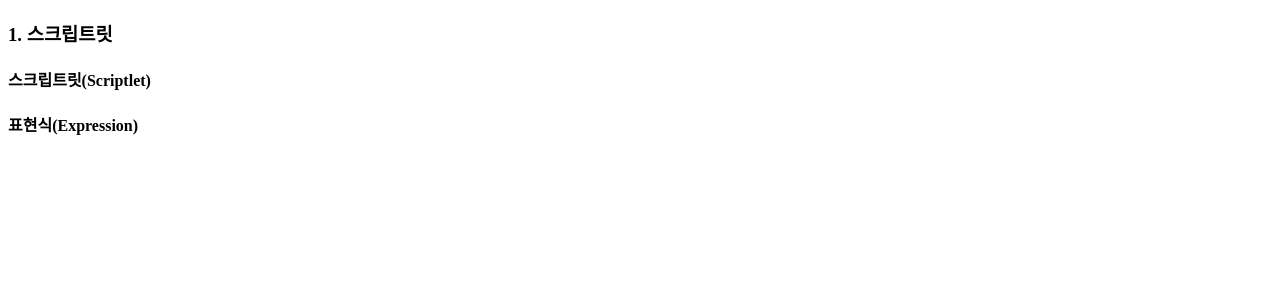
Repository: yun-setenforce/JSP
Page: http://localhost/Ch02/1_Scriptlet.jsp
These files come from the project's save history. The page is drawn as it stood at one moment and after the next save; the edit follows.
The browser window is 1280 px wide. The pictures show the whole page.
The page is served by Tomcat 9. Other server files are loaded and not shown.

Above is the page before, as saved 2023-07-24 01:47:50.

### Ch02/src/main/webapp/1_Scriptlet.jsp
<%@ page contentType="text/html;charset=UTF-8" pageEncoding="UTF-8"%>
<!DOCTYPE html>
<html>
	<head>
		<meta charset="UTF-8">
		<title>1_Scriptlet</title>
		<%--
			날짜 : 2023/07/24
			이름 : 정채윤
			내용 : JSP 기본문법 실습하기
		 --%>
	</head>
	<body>
		<h3>1. 스크립트릿</h3>

		<h4>스크립트릿(Scriptlet)</h4>
		<%
			//스크립트릿(자바 프로그래밍 영역)
			int 	var1 = 1;
			boolean	var2 = true;
			double 	var3	= 3.14;
			String 	var4	= "Hello";

			out.println();
		%>

		<h4>표현식(Expression)</h4>


	</body>
</html>

After the next save:
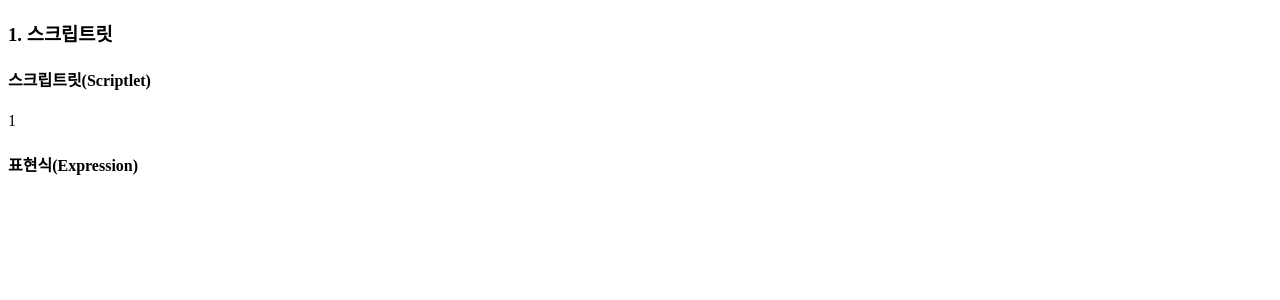
Saved 4 s later.
--- a/Ch02/src/main/webapp/1_Scriptlet.jsp
+++ b/Ch02/src/main/webapp/1_Scriptlet.jsp
@@ -21,7 +21,7 @@
 			double 	var3	= 3.14;
 			String 	var4	= "Hello";
 
-			out.println();
+			out.println(var1);
 		%>
 
 		<h4>표현식(Expression)</h4>
